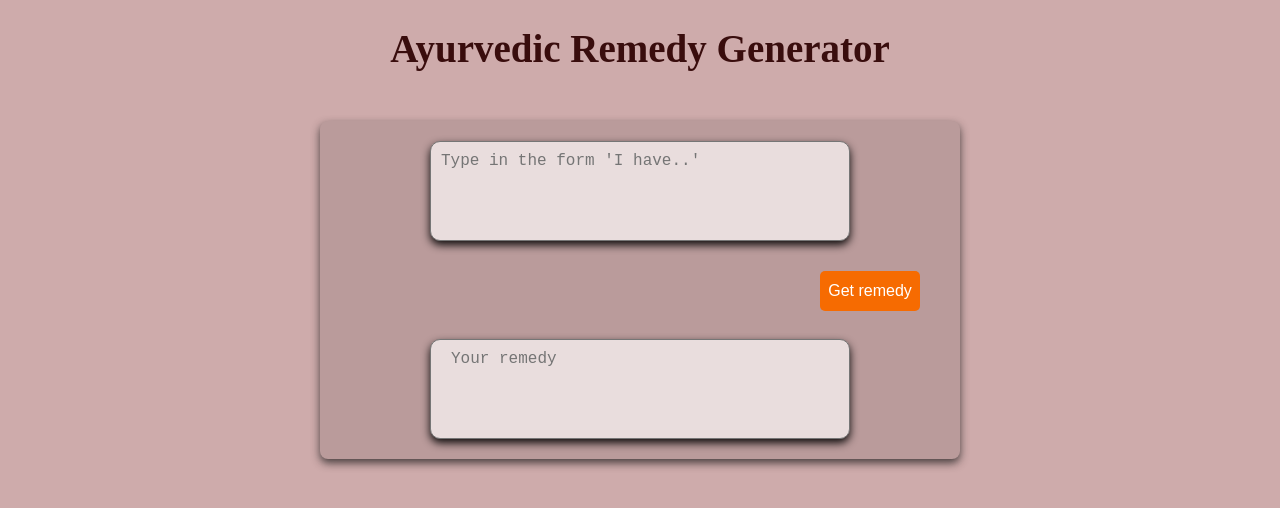
Repository: krutarthh/Ayurvedic-Remedy
Page: index.html
These files come from the project's save history. The page is drawn as it stood at one moment and after the next save; the edit follows.
The browser window is 1280 px wide. The pictures show the whole page.

Above is the page before, as saved 2024-04-06 21:24:27.

### index.html
<!DOCTYPE html>
<html>
  <head>

    <script type="importmap">
      {
        "imports": {
          "@google/generative-ai": "https://esm.run/@google/generative-ai"
        }
      }
    </script>
  </head>
  <body>

    <h1 id="main_title">Ayurvedic Remedy Generator</h1>
    <div class="container">
    <link rel="stylesheet" href="app.css">

      <textarea id="user_input" placeholder="Type in the form 'I have..'" type="container"></textarea>




    <button id="Send" type="container">Get remedy</button>

      <br><br>
      <textarea id="answer" placeholder="Your remedy"type="container"></textarea>

  </div>
    <script type="module" src="app.js"></script>




</body>
</html>

### app.css
/* app.css */
body {
    background: #ceabab;
}
.container {

    max-width: 600px;
    margin: 50px auto;
    padding: 20px;
    background-color: #ba9b9b;;
    border-radius: 8px;
    box-shadow: 0 4px 8px rgba(62, 55, 55, 0.931);
}
#user_input,
#answer {
    width: 70%;
    padding: 10px;
    font-size: 16px;
background-color: #e9dddd;
    border-radius: 10px; /* Add border-radius property with a value of 10px */
    box-sizing: border-box;
    resize: none;
    height: 100px;
    margin: 0 auto;
    display: block;
    box-shadow: 0 4px 8px rgba(0, 0, 0, 0.931);
}

#user_input {
    margin-bottom: 10px;
}

#Send {
    width: 100px;
    height: 40px;
    background-color: #f66b01;
    color: white;
    border: none;
    border-radius: 5px;
    font-size: 16px;
    cursor: pointer;
    margin-left: 80% ;
    margin-top: 20px;
}

#answer {
    padding-left: 20px;
    margin-top: 10px;
}

#main_title {
    text-align: center;
    font-size: 39px;
    color: #390d0d;
    margin-bottom: 20px;
}

### app.js
import { GoogleGenerativeAI } from "@google/generative-ai";


const API_KEY = "AIzaSyDBtZZsASIYVyQiLgik32sfZeJjd2X8IPQ";


const genAI = new GoogleGenerativeAI(API_KEY);

const model = genAI.getGenerativeModel({ model: "gemini-pro" });


const user_input = document.getElementById("user_input");
const answer_area = document.getElementById("answer");
const send_button = document.getElementById("Send");

user_input.addEventListener("keyup", (event) => {
    if (event.key === "Enter") {
        send_button.click();
    }
});

send_button.addEventListener("click", async () => {
    const question = user_input.value;
    const answer = await generateText(question + "give me a ayurvedic remidy, the answer should be short and specific behave like a chatbot dont format your answers just give simple text answers.");
    console.log(answer);
    const filtered_answer = answer.replace(/\*/g, '');
    console.log(filtered_answer);
    answer_area.textContent = filtered_answer;
});

async function generateText(prompt) {

    const result = await model.generateContent(prompt);
    const response = await result.response;
    const text = await response.text();
    return text;
}

After the next save:
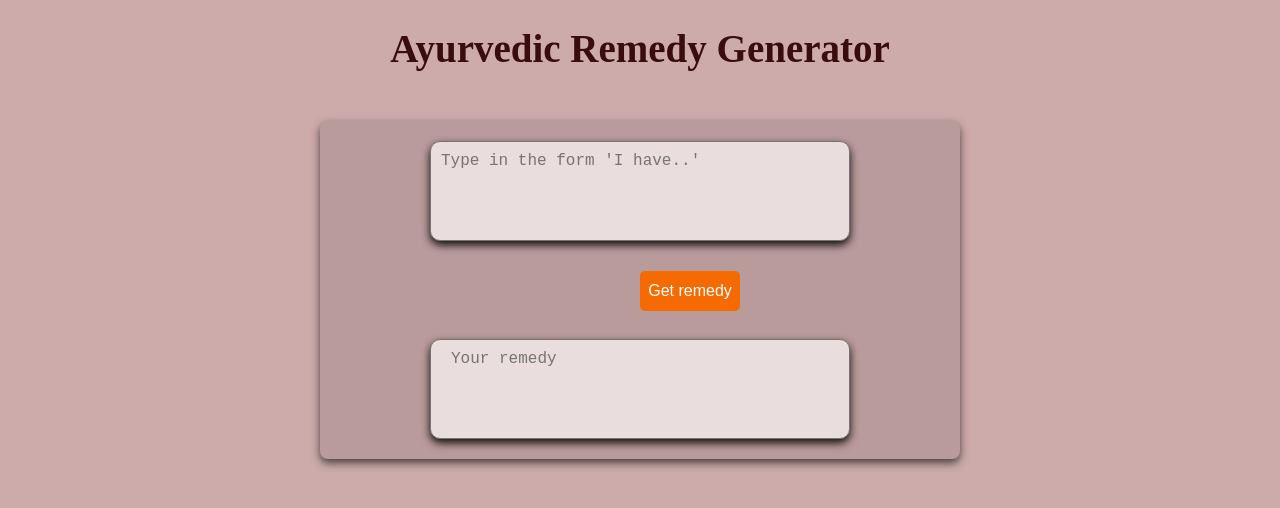
Saved 22 s later.
--- a/app.css
+++ b/app.css
@@ -39,7 +39,7 @@ background-color: #e9dddd;
     border-radius: 5px;
     font-size: 16px;
     cursor: pointer;
-    margin-left: 80% ;
+    margin-left: 50% ;
     margin-top: 20px;
 }
 
